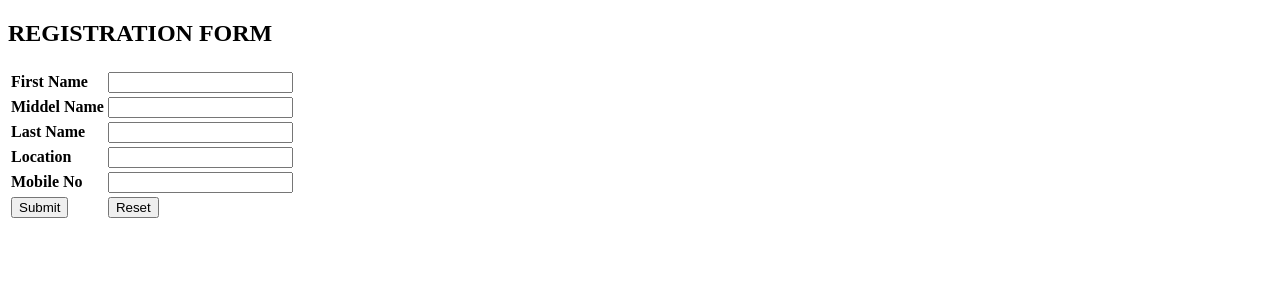
Repository: nosranijuned/WebRegister
Page: WebRegister/WebContent/index.html
The author's editor kept a copy of each file at every save. The page is drawn from the files as they stood at one save, then again after the next save.
The browser window is 1280 px wide. The pictures show the whole page.

Above is the page before, as saved 2019-03-11 11:03:11.

### WebRegister/WebContent/index.html
<!DOCTYPE html>
<html>
<head>
<meta charset="ISO-8859-1">
<title>Insert title here</title>
<script type="text/javascript">
function GEEKFORGEEKS()
{
    var fname = document.forms["RegForm"]["fname"];
    var mname = document.forms["RegForm"]["mname"];
    var lname = document.forms["RegForm"]["lname"];
    var location =  document.forms["RegForm"]["loc"];
    var mobile = document.forms["RegForm"]["mob"];

    var nregx = /^[a-zA-Z ]+$/;

    if (fname.value == "" && nregx.test(fname.value))
    {
        window.alert("Please enter your first name.");
        fname.focus();
        return false;
    }

    if (mname.value == "")
    {
        window.alert("Please enter your middle name.");
        mname.focus();
        return false;
    }

    if (fname.value == "")
    {
        window.alert("Please enter your last name.");
        fname.focus();
        return false;
    }

     if (location.value == "")
    {
        window.alert("Please enter your location.");
        location.focus();
        return false;
    }

    if (mobile.value == "")
    {
        window.alert("Please enter your mobile no");
        mobile.focus();
        return flase;
    }
   return true;
}
</script>
</head>
<body>
	<form action="" onsubmit="return GEEKFORGEEKS()" method="post">
		<table>
			<tr><h2>REGISTRATION FORM </h2></tr>
			<tr><td><b>First Name</b></td><td><input type="text" name="fname"></td></tr>
			<tr><td><b>Middel Name</b></td><td><input type="text" name="mname"></td></tr>
			<tr><td><b>Last Name</b></td><td><input type="text" name="lname"></td></tr>
			<tr><td><b>Location</b></td><td><input type="text" name="loc"></td></tr>
			<tr><td><b>Mobile No</b></td><td><input type="text" name="mob"></td></tr>
			<tr><td><input type="submit" value="Submit"></td><td><input type="reset" value="Reset"></td></tr>
		</table>
	</form>
</body>
</html>

After the next save:
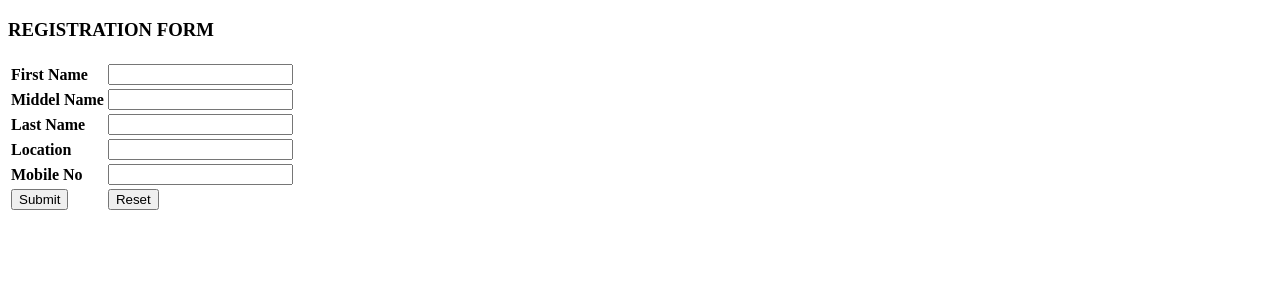
Saved 2 min 25 s later.
--- a/WebRegister/WebContent/index.html
+++ b/WebRegister/WebContent/index.html
@@ -55,7 +55,7 @@ function GEEKFORGEEKS()
 <body>
 	<form action="" onsubmit="return GEEKFORGEEKS()" method="post">
 		<table>
-			<tr><h2>REGISTRATION FORM </h2></tr>
+			<tr><h3>REGISTRATION FORM </h3></tr>
 			<tr><td><b>First Name</b></td><td><input type="text" name="fname"></td></tr>
 			<tr><td><b>Middel Name</b></td><td><input type="text" name="mname"></td></tr>
 			<tr><td><b>Last Name</b></td><td><input type="text" name="lname"></td></tr>
